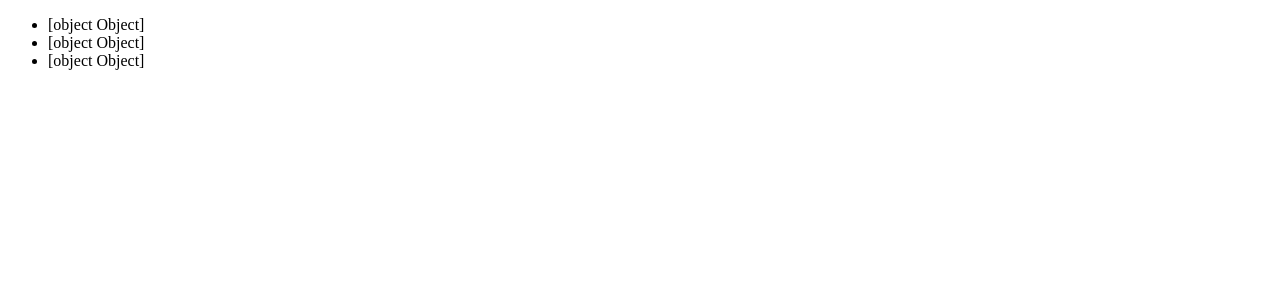
Repository: wanghuan19961020/Vue2.x-Study-Notes
Page: Vue2.x-mustache模板引擎/mustache-study/07_数据变为视图-mustache模板引擎-数组的嵌套情况.html
An editor plug-in stored every save of this project. The page is shown before and after the next save, followed by the edit.
The browser window is 1280 px wide. The pictures show the whole page.

Above is the page before, as saved 2021-02-04 17:28:12.

### Vue2.x-mustache模板引擎/mustache-study/07_数据变为视图-mustache模板引擎-数组的嵌套情况.html
<!DOCTYPE html>
<html lang="en">

<head>
  <meta charset="UTF-8">
  <meta name="viewport" content="width=device-width, initial-scale=1.0">
  <title>07_数据变为视图-mustache模板引擎-数组的嵌套情况</title>
  <script src="./mustache.js"></script>
</head>

<body>
  <div id="container"></div>
  <h1></h1>
  <script>
    var templateStr = `
      <ul>
        {{#arr}}
          <li>{{.}}</li>
        {{/arr}}
      </ul>
    `
    var data = {
      arr: [
        { name: '小明', age: 12, hobbies: ['游泳', '羽毛球'] },
        { name: '小红', age: 11, hobbies: ['编程', '写作文', '看报纸'] },
        { name: '小强', age: 13, hobbies: ['打台球'] }
      ]
    }
    var domStr = Mustache.render(templateStr, data)
    var container = document.getElementById('container')
    container.innerHTML = domStr
  </script>

</body>

</html>

### Vue2.x-mustache模板引擎/mustache-study/mustache.js
// This file has been generated from mustache.mjs
;(function (global, factory) {
  typeof exports === 'object' && typeof module !== 'undefined'
    ? (module.exports = factory())
    : typeof define === 'function' && define.amd
    ? define(factory)
    : ((global = global || self), (global.Mustache = factory()))
})(this, function () {
  'use strict'

  /*!
   * mustache.js - Logic-less {{mustache}} templates with JavaScript
   * http://github.com/janl/mustache.js
   */

  var objectToString = Object.prototype.toString
  var isArray =
    Array.isArray ||
    function isArrayPolyfill(object) {
      return objectToString.call(object) === '[object Array]'
    }

  function isFunction(object) {
    return typeof object === 'function'
  }

  /**
   * More correct typeof string handling array
   * which normally returns typeof 'object'
   */
  function typeStr(obj) {
    return isArray(obj) ? 'array' : typeof obj
  }

  function escapeRegExp(string) {
    return string.replace(/[\-\[\]{}()*+?.,\\\^$|#\s]/g, '\\$&')
  }

  /**
   * Null safe way of checking whether or not an object,
   * including its prototype, has a given property
   */
  function hasProperty(obj, propName) {
    return obj != null && typeof obj === 'object' && propName in obj
  }

  /**
   * Safe way of detecting whether or not the given thing is a primitive and
   * whether it has the given property
   */
  function primitiveHasOwnProperty(primitive, propName) {
    return (
      primitive != null &&
      typeof primitive !== 'object' &&
      primitive.hasOwnProperty &&
      primitive.hasOwnProperty(propName)
    )
  }

  // Workaround for https://issues.apache.org/jira/browse/COUCHDB-577
  // See https://github.com/janl/mustache.js/issues/189
  var regExpTest = RegExp.prototype.test
  function testRegExp(re, string) {
    return regExpTest.call(re, string)
  }

  var nonSpaceRe = /\S/
  function isWhitespace(string) {
    return !testRegExp(nonSpaceRe, string)
  }

  var entityMap = {
    '&': '&amp;',
    '<': '&lt;',
    '>': '&gt;',
    '"': '&quot;',
    "'": '&#39;',
    '/': '&#x2F;',
    '`': '&#x60;',
    '=': '&#x3D;'
  }

  function escapeHtml(string) {
    return String(string).replace(/[&<>"'`=\/]/g, function fromEntityMap(s) {
      return entityMap[s]
    })
  }

  var whiteRe = /\s*/
  var spaceRe = /\s+/
  var equalsRe = /\s*=/
  var curlyRe = /\s*\}/
  var tagRe = /#|\^|\/|>|\{|&|=|!/

  /**
   * Breaks up the given `template` string into a tree of tokens. If the `tags`
   * argument is given here it must be an array with two string values: the
   * opening and closing tags used in the template (e.g. [ "<%", "%>" ]). Of
   * course, the default is to use mustaches (i.e. mustache.tags).
   *
   * A token is an array with at least 4 elements. The first element is the
   * mustache symbol that was used inside the tag, e.g. "#" or "&". If the tag
   * did not contain a symbol (i.e. {{myValue}}) this element is "name". For
   * all text that appears outside a symbol this element is "text".
   *
   * The second element of a token is its "value". For mustache tags this is
   * whatever else was inside the tag besides the opening symbol. For text tokens
   * this is the text itself.
   *
   * The third and fourth elements of the token are the start and end indices,
   * respectively, of the token in the original template.
   *
   * Tokens that are the root node of a subtree contain two more elements: 1) an
   * array of tokens in the subtree and 2) the index in the original template at
   * which the closing tag for that section begins.
   *
   * Tokens for partials also contain two more elements: 1) a string value of
   * indendation prior to that tag and 2) the index of that tag on that line -
   * eg a value of 2 indicates the partial is the third tag on this line.
   */
  function parseTemplate(template, tags) {
    if (!template) return []
    var lineHasNonSpace = false
    var sections = [] // Stack to hold section tokens
    var tokens = [] // Buffer to hold the tokens
    var spaces = [] // Indices of whitespace tokens on the current line
    var hasTag = false // Is there a {{tag}} on the current line?
    var nonSpace = false // Is there a non-space char on the current line?
    var indentation = '' // Tracks indentation for tags that use it
    var tagIndex = 0 // Stores a count of number of tags encountered on a line

    // Strips all whitespace tokens array for the current line
    // if there was a {{#tag}} on it and otherwise only space.
    function stripSpace() {
      if (hasTag && !nonSpace) {
        while (spaces.length) delete tokens[spaces.pop()]
      } else {
        spaces = []
      }

      hasTag = false
      nonSpace = false
    }

    var openingTagRe, closingTagRe, closingCurlyRe
    function compileTags(tagsToCompile) {
      if (typeof tagsToCompile === 'string')
        tagsToCompile = tagsToCompile.split(spaceRe, 2)

      if (!isArray(tagsToCompile) || tagsToCompile.length !== 2)
        throw new Error('Invalid tags: ' + tagsToCompile)

      openingTagRe = new RegExp(escapeRegExp(tagsToCompile[0]) + '\\s*')
      closingTagRe = new RegExp('\\s*' + escapeRegExp(tagsToCompile[1]))
      closingCurlyRe = new RegExp('\\s*' + escapeRegExp('}' + tagsToCompile[1]))
    }

    compileTags(tags || mustache.tags)

    var scanner = new Scanner(template)

    var start, type, value, chr, token, openSection
    while (!scanner.eos()) {
      start = scanner.pos

      // Match any text between tags.
      value = scanner.scanUntil(openingTagRe)

      if (value) {
        for (var i = 0, valueLength = value.length; i < valueLength; ++i) {
          chr = value.charAt(i)

          if (isWhitespace(chr)) {
            spaces.push(tokens.length)
            indentation += chr
          } else {
            nonSpace = true
            lineHasNonSpace = true
            indentation += ' '
          }

          tokens.push(['text', chr, start, start + 1])
          start += 1

          // Check for whitespace on the current line.
          if (chr === '\n') {
            stripSpace()
            indentation = ''
            tagIndex = 0
            lineHasNonSpace = false
          }
        }
      }

      // Match the opening tag.
      if (!scanner.scan(openingTagRe)) break

      hasTag = true

      // Get the tag type.
      type = scanner.scan(tagRe) || 'name'
      scanner.scan(whiteRe)

      // Get the tag value.
      if (type === '=') {
        value = scanner.scanUntil(equalsRe)
        scanner.scan(equalsRe)
        scanner.scanUntil(closingTagRe)
      } else if (type === '{') {
        value = scanner.scanUntil(closingCurlyRe)
        scanner.scan(curlyRe)
        scanner.scanUntil(closingTagRe)
        type = '&'
      } else {
        value = scanner.scanUntil(closingTagRe)
      }

      // Match the closing tag.
      if (!scanner.scan(closingTagRe))
        throw new Error('Unclosed tag at ' + scanner.pos)

      if (type == '>') {
        token = [
          type,
          value,
          start,
          scanner.pos,
          indentation,
          tagIndex,
          lineHasNonSpace
        ]
      } else {
        token = [type, value, start, scanner.pos]
      }
      tagIndex++
      tokens.push(token)

      if (type === '#' || type === '^') {
        sections.push(token)
      } else if (type === '/') {
        // Check section nesting.
        openSection = sections.pop()

        if (!openSection)
          throw new Error('Unopened section "' + value + '" at ' + start)

        if (openSection[1] !== value)
          throw new Error(
            'Unclosed section "' + openSection[1] + '" at ' + start
          )
      } else if (type === 'name' || type === '{' || type === '&') {
        nonSpace = true
      } else if (type === '=') {
        // Set the tags for the next time around.
        compileTags(value)
      }
    }

    stripSpace()

    // Make sure there are no open sections when we're done.
    openSection = sections.pop()

    if (openSection)
      throw new Error(
        'Unclosed section "' + openSection[1] + '" at ' + scanner.pos
      )

    return nestTokens(squashTokens(tokens))
  }

  /**
   * Combines the values of consecutive text tokens in the given `tokens` array
   * to a single token.
   */
  function squashTokens(tokens) {
    var squashedTokens = []

    var token, lastToken
    for (var i = 0, numTokens = tokens.length; i < numTokens; ++i) {
      token = tokens[i]

      if (token) {
        if (token[0] === 'text' && lastToken && lastToken[0] === 'text') {
          lastToken[1] += token[1]
          lastToken[3] = token[3]
        } else {
          squashedTokens.push(token)
          lastToken = token
        }
      }
    }

    return squashedTokens
  }

  /**
   * Forms the given array of `tokens` into a nested tree structure where
   * tokens that represent a section have two additional items: 1) an array of
   * all tokens that appear in that section and 2) the index in the original
   * template that represents the end of that section.
   */
  function nestTokens(tokens) {
    var nestedTokens = []
    var collector = nestedTokens
    var sections = []

    var token, section
    for (var i = 0, numTokens = tokens.length; i < numTokens; ++i) {
      token = tokens[i]

      switch (token[0]) {
        case '#':
        case '^':
          collector.push(token)
          sections.push(token)
          collector = token[4] = []
          break
        case '/':
          section = sections.pop()
          section[5] = token[2]
          collector =
            sections.length > 0
              ? sections[sections.length - 1][4]
              : nestedTokens
          break
        default:
          collector.push(token)
      }
    }

    return nestedTokens
  }

  /**
   * A simple string scanner that is used by the template parser to find
   * tokens in template strings.
   */
  function Scanner(string) {
    this.string = string
    this.tail = string
    this.pos = 0
  }

  /**
   * Returns `true` if the tail is empty (end of string).
   */
  Scanner.prototype.eos = function eos() {
    return this.tail === ''
  }

  /**
   * Tries to match the given regular expression at the current position.
   * Returns the matched text if it can match, the empty string otherwise.
   */
  Scanner.prototype.scan = function scan(re) {
    var match = this.tail.match(re)

    if (!match || match.index !== 0) return ''

    var string = match[0]

    this.tail = this.tail.substring(string.length)
    this.pos += string.length

    return string
  }

  /**
   * Skips all text until the given regular expression can be matched. Returns
   * the skipped string, which is the entire tail if no match can be made.
   */
  Scanner.prototype.scanUntil = function scanUntil(re) {
    var index = this.tail.search(re),
      match

    switch (index) {
      case -1:
        match = this.tail
        this.tail = ''
        break
      case 0:
        match = ''
        break
      default:
        match = this.tail.substring(0, index)
        this.tail = this.tail.substring(index)
    }

    this.pos += match.length

    return match
  }

  /**
   * Represents a rendering context by wrapping a view object and
   * maintaining a reference to the parent context.
   */
  function Context(view, parentContext) {
    this.view = view
    this.cache = { '.': this.view }
    this.parent = parentContext
  }

  /**
   * Creates a new context using the given view with this context
   * as the parent.
   */
  Context.prototype.push = function push(view) {
    return new Context(view, this)
  }

  /**
   * Returns the value of the given name in this context, traversing
   * up the context hierarchy if the value is absent in this context's view.
   */
  Context.prototype.lookup = function lookup(name) {
    var cache = this.cache

    var value
    if (cache.hasOwnProperty(name)) {
      value = cache[name]
    } else {
      var context = this,
        intermediateValue,
        names,
        index,
        lookupHit = false

      while (context) {
        if (name.indexOf('.') > 0) {
          intermediateValue = context.view
          names = name.split('.')
          index = 0

          /**
           * Using the dot notion path in `name`, we descend through the
           * nested objects.
           *
           * To be certain that the lookup has been successful, we have to
           * check if the last object in the path actually has the property
           * we are looking for. We store the result in `lookupHit`.
           *
           * This is specially necessary for when the value has been set to
           * `undefined` and we want to avoid looking up parent contexts.
           *
           * In the case where dot notation is used, we consider the lookup
           * to be successful even if the last "object" in the path is
           * not actually an object but a primitive (e.g., a string, or an
           * integer), because it is sometimes useful to access a property
           * of an autoboxed primitive, such as the length of a string.
           **/
          while (intermediateValue != null && index < names.length) {
            if (index === names.length - 1)
              lookupHit =
                hasProperty(intermediateValue, names[index]) ||
                primitiveHasOwnProperty(intermediateValue, names[index])

            intermediateValue = intermediateValue[names[index++]]
          }
        } else {
          intermediateValue = context.view[name]

          /**
           * Only checking against `hasProperty`, which always returns `false` if
           * `context.view` is not an object. Deliberately omitting the check
           * against `primitiveHasOwnProperty` if dot notation is not used.
           *
           * Consider this example:
           * ```
           * Mustache.render("The length of a football field is {{#length}}{{length}}{{/length}}.", {length: "100 yards"})
           * ```
           *
           * If we were to check also against `primitiveHasOwnProperty`, as we do
           * in the dot notation case, then render call would return:
           *
           * "The length of a football field is 9."
           *
           * rather than the expected:
           *
           * "The length of a football field is 100 yards."
           **/
          lookupHit = hasProperty(context.view, name)
        }

        if (lookupHit) {
          value = intermediateValue
          break
        }

        context = context.parent
      }

      cache[name] = value
    }

    if (isFunction(value)) value = value.call(this.view)

    return value
  }

  /**
   * A Writer knows how to take a stream of tokens and render them to a
   * string, given a context. It also maintains a cache of templates to
   * avoid the need to parse the same template twice.
   */
  function Writer() {
    this.templateCache = {
      _cache: {},
      set: function set(key, value) {
        this._cache[key] = value
      },
      get: function get(key) {
        return this._cache[key]
      },
      clear: function clear() {
        this._cache = {}
      }
    }
  }

  /**
   * Clears all cached templates in this writer.
   */
  Writer.prototype.clearCache = function clearCache() {
    if (typeof this.templateCache !== 'undefined') {
      this.templateCache.clear()
    }
  }

  /**
   * Parses and caches the given `template` according to the given `tags` or
   * `mustache.tags` if `tags` is omitted,  and returns the array of tokens
   * that is generated from the parse.
   */
  Writer.prototype.parse = function parse(template, tags) {
    var cache = this.templateCache
    var cacheKey = template + ':' + (tags || mustache.tags).join(':')
    var isCacheEnabled = typeof cache !== 'undefined'
    var tokens = isCacheEnabled ? cache.get(cacheKey) : undefined

    if (tokens == undefined) {
      tokens = parseTemplate(template, tags)
      isCacheEnabled && cache.set(cacheKey, tokens)
    }
    return tokens
  }

  /**
   * High-level method that is used to render the given `template` with
   * the given `view`.
   *
   * The optional `partials` argument may be an object that contains the
   * names and templates of partials that are used in the template. It may
   * also be a function that is used to load partial templates on the fly
   * that takes a single argument: the name of the partial.
   *
   * If the optional `config` argument is given here, then it should be an
   * object with a `tags` attribute or an `escape` attribute or both.
   * If an array is passed, then it will be interpreted the same way as
   * a `tags` attribute on a `config` object.
   *
   * The `tags` attribute of a `config` object must be an array with two
   * string values: the opening and closing tags used in the template (e.g.
   * [ "<%", "%>" ]). The default is to mustache.tags.
   *
   * The `escape` attribute of a `config` object must be a function which
   * accepts a string as input and outputs a safely escaped string.
   * If an `escape` function is not provided, then an HTML-safe string
   * escaping function is used as the default.
   */
  Writer.prototype.render = function render(template, view, partials, config) {
    var tags = this.getConfigTags(config)
    var tokens = this.parse(template, tags)
    var context = view instanceof Context ? view : new Context(view, undefined)
    return this.renderTokens(tokens, context, partials, template, config)
  }

  /**
   * Low-level method that renders the given array of `tokens` using
   * the given `context` and `partials`.
   *
   * Note: The `originalTemplate` is only ever used to extract the portion
   * of the original template that was contained in a higher-order section.
   * If the template doesn't use higher-order sections, this argument may
   * be omitted.
   */
  Writer.prototype.renderTokens = function renderTokens(
    tokens,
    context,
    partials,
    originalTemplate,
    config
  ) {
    var buffer = ''

    var token, symbol, value
    for (var i = 0, numTokens = tokens.length; i < numTokens; ++i) {
      value = undefined
      token = tokens[i]
      symbol = token[0]

      if (symbol === '#')
        value = this.renderSection(
          token,
          context,
          partials,
          originalTemplate,
          config
        )
      else if (symbol === '^')
        value = this.renderInverted(
          token,
          context,
          partials,
          originalTemplate,
          config
        )
      else if (symbol === '>')
        value = this.renderPartial(token, context, partials, config)
      else if (symbol === '&') value = this.unescapedValue(token, context)
      else if (symbol === 'name')
        value = this.escapedValue(token, context, config)
      else if (symbol === 'text') value = this.rawValue(token)

      if (value !== undefined) buffer += value
    }

    return buffer
  }

  Writer.prototype.renderSection = function renderSection(
    token,
    context,
    partials,
    originalTemplate,
    config
  ) {
    var self = this
    var buffer = ''
    var value = context.lookup(token[1])

    // This function is used to render an arbitrary template
    // in the current context by higher-order sections.
    function subRender(template) {
      return self.render(template, context, partials, config)
    }

    if (!value) return

    if (isArray(value)) {
      for (var j = 0, valueLength = value.length; j < valueLength; ++j) {
        buffer += this.renderTokens(
          token[4],
          context.push(value[j]),
          partials,
          originalTemplate,
          config
        )
      }
    } else if (
      typeof value === 'object' ||
      typeof value === 'string' ||
      typeof value === 'number'
    ) {
      buffer += this.renderTokens(
        token[4],
        context.push(value),
        partials,
        originalTemplate,
        config
      )
    } else if (isFunction(value)) {
      if (typeof originalTemplate !== 'string')
        throw new Error(
          'Cannot use higher-order sections without the original template'
        )

      // Extract the portion of the original template that the section contains.
      value = value.call(
        context.view,
        originalTemplate.slice(token[3], token[5]),
        subRender
      )

      if (value != null) buffer += value
    } else {
      buffer += this.renderTokens(
        token[4],
        context,
        partials,
        originalTemplate,
        config
      )
    }
    return buffer
  }

  Writer.prototype.renderInverted = function renderInverted(
    token,
    context,
    partials,
    originalTemplate,
    config
  ) {
    var value = context.lookup(token[1])

    // Use JavaScript's definition of falsy. Include empty arrays.
    // See https://github.com/janl/mustache.js/issues/186
    if (!value || (isArray(value) && value.length === 0))
      return this.renderTokens(
        token[4],
        context,
        partials,
        originalTemplate,
        config
      )
  }

  Writer.prototype.indentPartial = function indentPartial(
    partial,
    indentation,
    lineHasNonSpace
  ) {
    var filteredIndentation = indentation.replace(/[^ \t]/g, '')
    var partialByNl = partial.split('\n')
    for (var i = 0; i < partialByNl.length; i++) {
      if (partialByNl[i].length && (i > 0 || !lineHasNonSpace)) {
        partialByNl[i] = filteredIndentation + partialByNl[i]
      }
    }
    return partialByNl.join('\n')
  }

  Writer.prototype.renderPartial = function renderPartial(
    token,
    context,
    partials,
    config
  ) {
    if (!partials) return
    var tags = this.getConfigTags(config)

    var value = isFunction(partials) ? partials(token[1]) : partials[token[1]]
    if (value != null) {
      var lineHasNonSpace = token[6]
      var tagIndex = token[5]
      var indentation = token[4]
      var indentedValue = value
      if (tagIndex == 0 && indentation) {
        indentedValue = this.indentPartial(value, indentation, lineHasNonSpace)
      }
      var tokens = this.parse(indentedValue, tags)
      return this.renderTokens(tokens, context, partials, indentedValue, config)
    }
  }

  Writer.prototype.unescapedValue = function unescapedValue(token, context) {
    var value = context.lookup(token[1])
    if (value != null) return value
  }

  Writer.prototype.escapedValue = function escapedValue(
    token,
    context,
    config
  ) {
    var escape = this.getConfigEscape(config) || mustache.escape
    var value = context.lookup(token[1])
    if (value != null)
      return typeof value === 'number' && escape === mustache.escape
        ? String(value)
        : escape(value)
  }

  Writer.prototype.rawValue = function rawValue(token) {
    return token[1]
  }

  Writer.prototype.getConfigTags = function getConfigTags(config) {
    if (isArray(config)) {
      return config
    } else if (config && typeof config === 'object') {
      return config.tags
    } else {
      return undefined
    }
  }

  Writer.prototype.getConfigEscape = function getConfigEscape(config) {
    if (config && typeof config === 'object' && !isArray(config)) {
      return config.escape
    } else {
      return undefined
    }
  }

  var mustache = {
    name: 'mustache.js',
    version: '4.1.0',
    tags: ['{{', '}}'],
    clearCache: undefined,
    escape: undefined,
    parse: undefined,
    render: undefined,
    Scanner: undefined,
    Context: undefined,
    Writer: undefined,
    /**
     * Allows a user to override the default caching strategy, by providing an
     * object with set, get and clear methods. This can also be used to disable
     * the cache by setting it to the literal `undefined`.
     */
    set templateCache(cache) {
      defaultWriter.templateCache = cache
    },
    /**
     * Gets the default or overridden caching object from the default writer.
     */
    get templateCache() {
      return defaultWriter.templateCache
    }
  }

  // All high-level mustache.* functions use this writer.
  var defaultWriter = new Writer()

  /**
   * Clears all cached templates in the default writer.
   */
  mustache.clearCache = function clearCache() {
    return defaultWriter.clearCache()
  }

  /**
   * Parses and caches the given template in the default writer and returns the
   * array of tokens it contains. Doing this ahead of time avoids the need to
   * parse templates on the fly as they are rendered.
   */
  mustache.parse = function parse(template, tags) {
    return defaultWriter.parse(template, tags)
  }

  /**
   * Renders the `template` with the given `view`, `partials`, and `config`
   * using the default writer.
   */
  mustache.render = function render(template, view, partials, config) {
    if (typeof template !== 'string') {
      throw new TypeError(
        'Invalid template! Template should be a "string" ' +
          'but "' +
          typeStr(template) +
          '" was given as the first ' +
          'argument for mustache#render(template, view, partials)'
      )
    }

    return defaultWriter.render(template, view, partials, config)
  }

  // Export the escaping function so that the user may override it.
  // See https://github.com/janl/mustache.js/issues/244
  mustache.escape = escapeHtml

  // Export these mainly for testing, but also for advanced usage.
  mustache.Scanner = Scanner
  mustache.Context = Context
  mustache.Writer = Writer

  return mustache
})

After the next save:
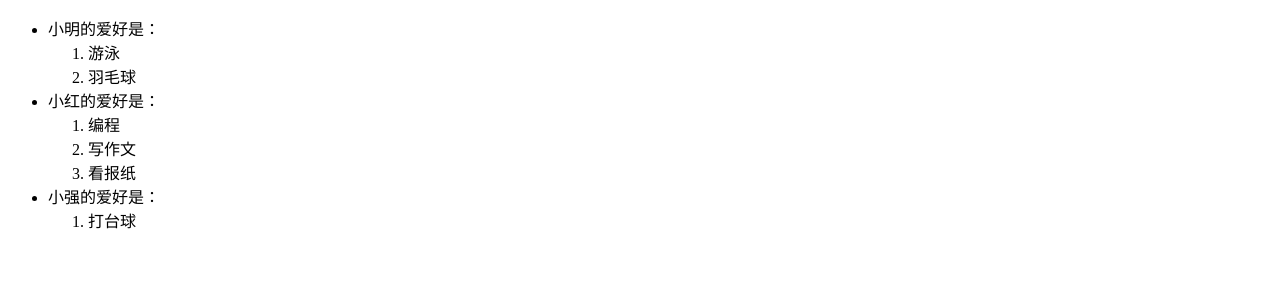
Saved 79 s later.
--- a/Vue2.x-mustache模板引擎/mustache-study/07_数据变为视图-mustache模板引擎-数组的嵌套情况.html
+++ b/Vue2.x-mustache模板引擎/mustache-study/07_数据变为视图-mustache模板引擎-数组的嵌套情况.html
@@ -15,7 +15,13 @@
     var templateStr = `
       <ul>
         {{#arr}}
-          <li>{{.}}</li>
+          <li>{{name}}的爱好是：
+              <ol>
+                {{#hobbies}}
+                  <li>{{.}}</li>
+                {{/hobbies}}
+              </ol>
+          </li>
         {{/arr}}
       </ul>
     `
